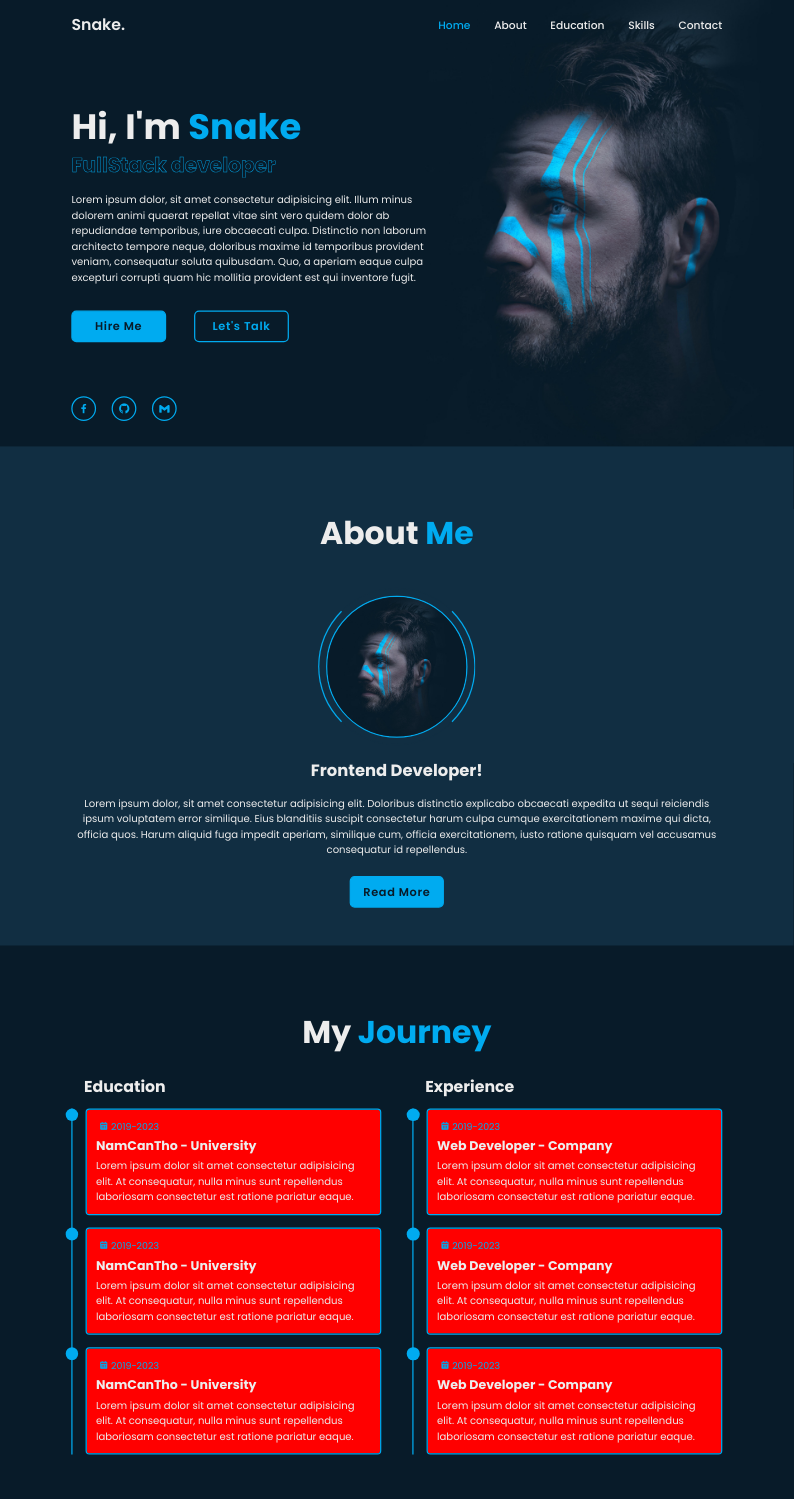
Repository: Tanty102/About_Me
Page: index.html
An editor plug-in stored every save of this project. The page is shown before and after a run of saves, followed by the edit.
The browser window is 1280 px wide. The pictures show the whole page, at 62% of full size.

Above is the page before, as saved 2023-09-12 18:51:28.

After the next 2 saves:
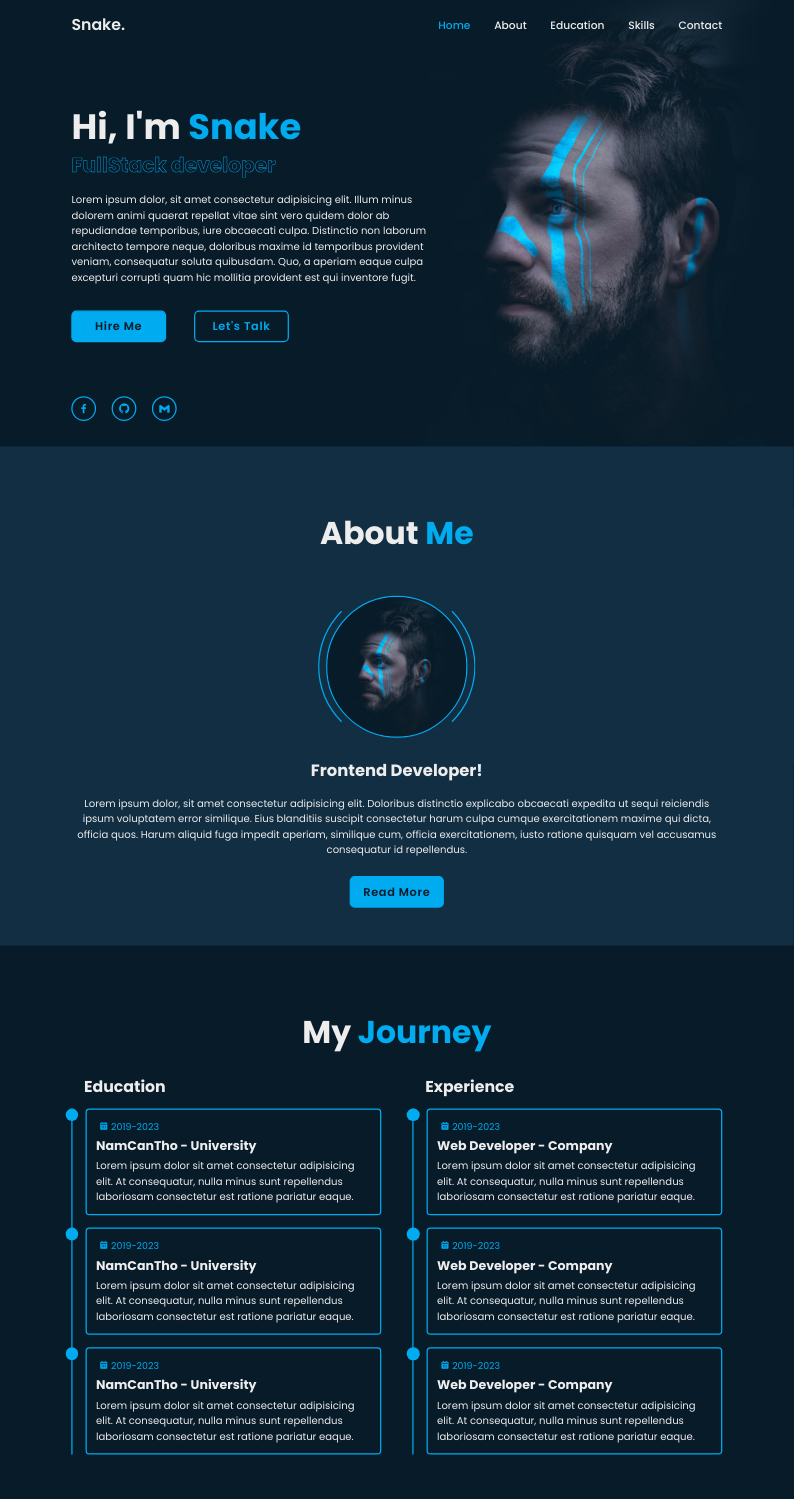
The 2 saves are shown as one change because they came seconds apart.
The last was saved 16 s later.
--- a/style.css
+++ b/style.css
@@ -356,13 +356,14 @@ span {
   position: absolute;
   top: 0;
   left: 0;
-  width: 100%;
+  width: 0;
   height: 100%;
   background: red;
   z-index: -1;
 }
 
 .education-content .content:hover::before {
+  width: 100%;
 
 }
 
